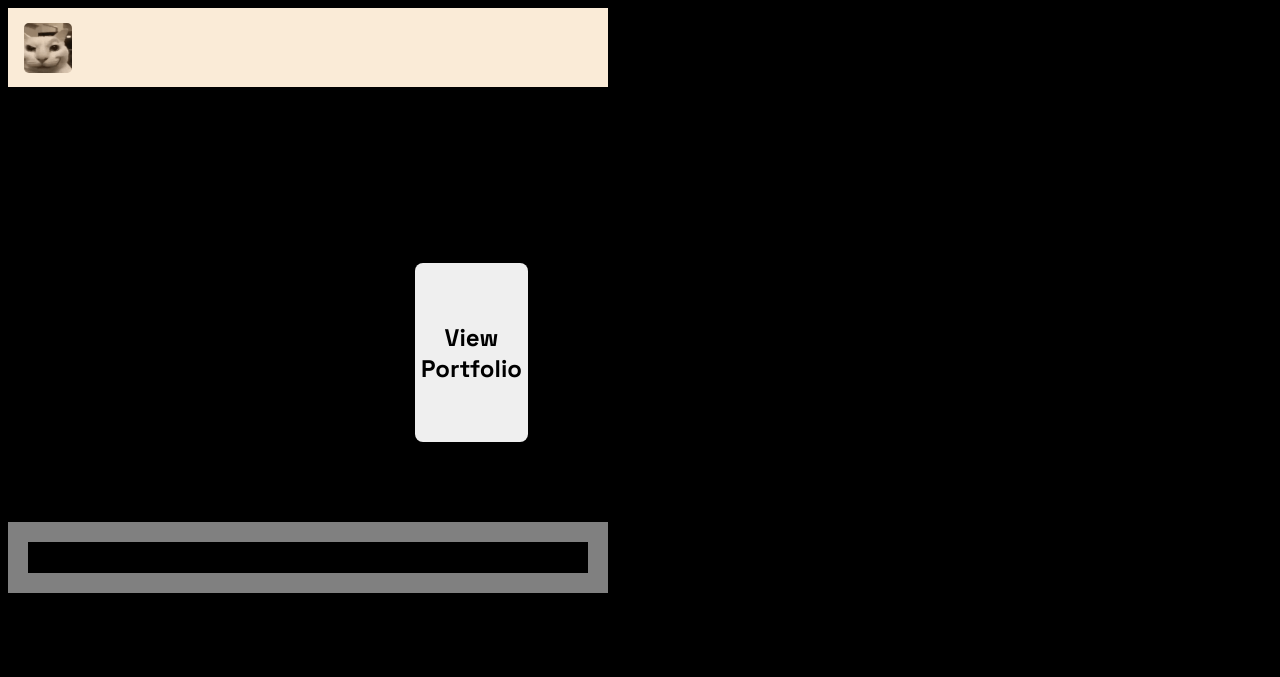
Repository: Than-dot/Than-dot
Page: index.html
The author's editor kept a copy of each file at every save. The page is drawn from the files as they stood at one save, then again after a run of saves.
The browser window is 1280 px wide. The pictures show the whole page.

Above is the page before, as saved 2026-05-06 12:25:53.

After the next 4 saves:
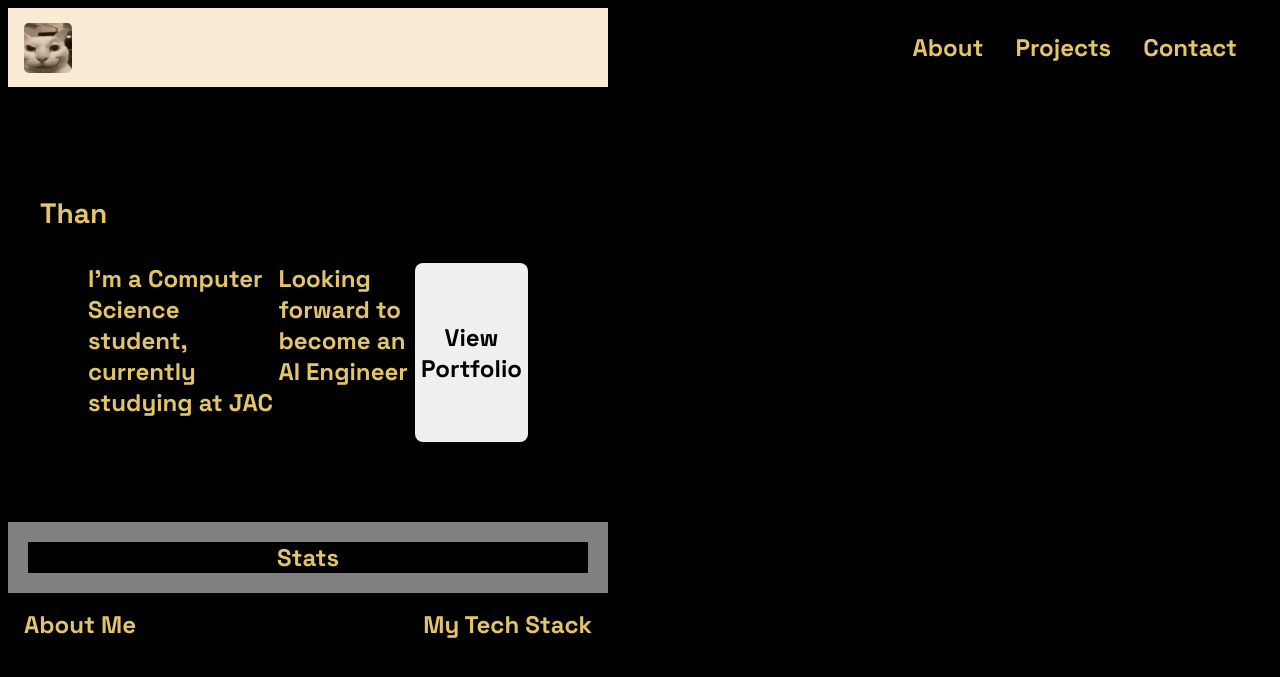
The 4 saves are shown as one change because they came seconds apart.
The last was saved 11 s later.
--- a/styles/index.css
+++ b/styles/index.css
@@ -2,7 +2,7 @@ body {
   width: 100%;
   max-width: 600px;
   background-color: black;
-  color: #;
+  color: #e2c46a;
 }
 .container1 {
   display: flex;
